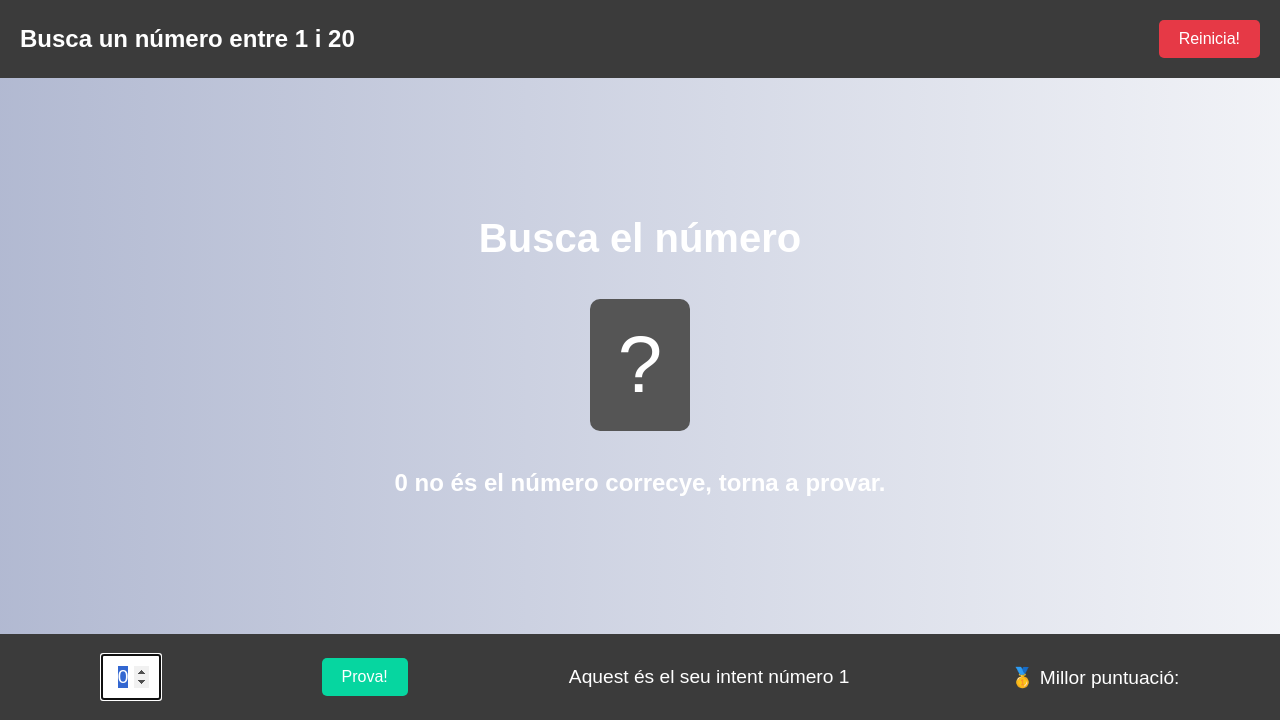
Repository: rdalmau23/M06_01
Page: index.html
An editor plug-in stored every save of this project. The page is shown before and after the next save, followed by the edit.
The browser window is 1280 px wide. The pictures show the whole page.
After loading, the first visible `#play` was clicked once.

Above is the page before, as saved 2024-10-11 12:07:42.

After the next save:
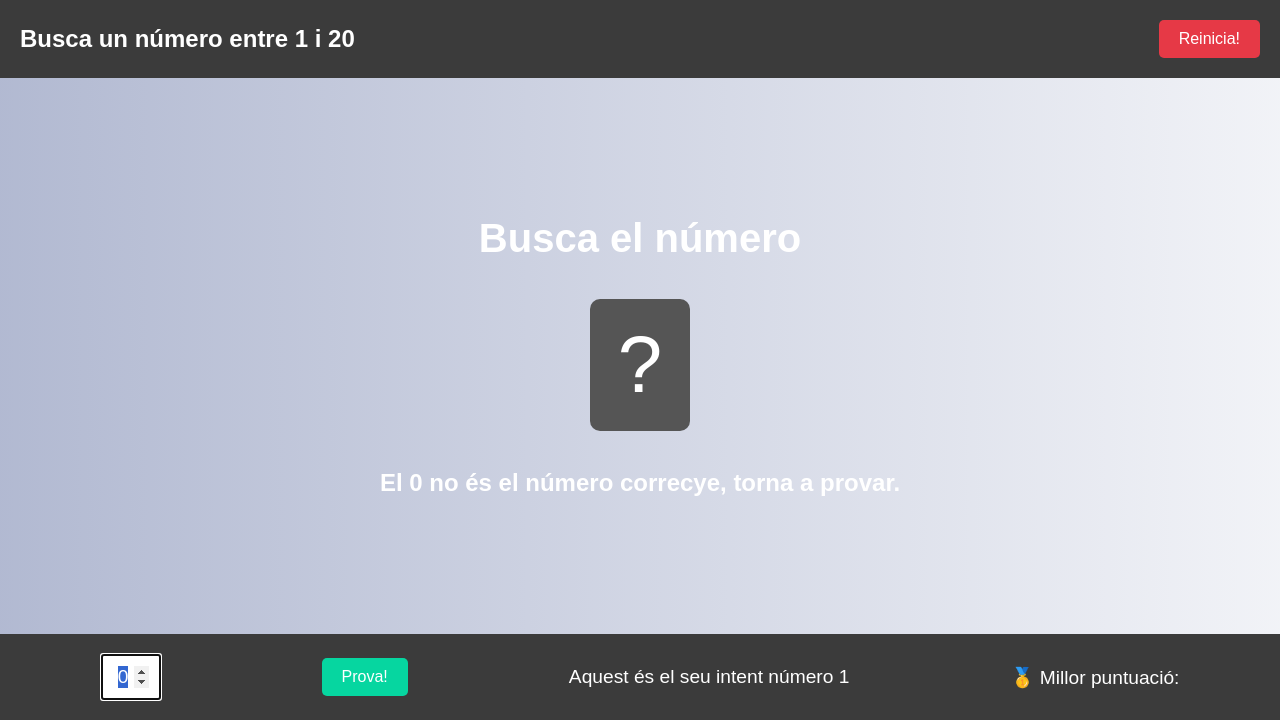
Saved 19 s later.
--- a/script.js
+++ b/script.js
@@ -7,7 +7,7 @@ function playGame(){
     userInput = document.getElementById("num").value;
 
     if (userInput !== numero1){
-        sortida = `${userInput} no és el número correcye, torna a provar.`;
+        sortida = `El ${userInput} no és el número correcye, torna a provar.`;
         intents ++;
     }
     if (userInput == numero1){
